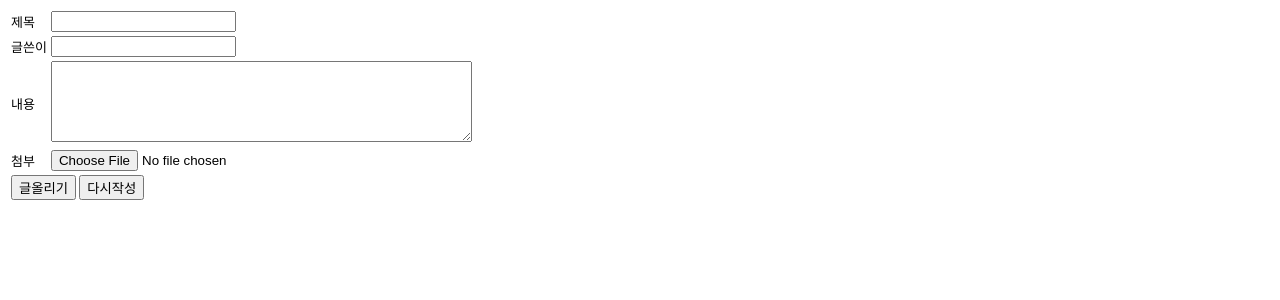
Repository: cartoon1110/KosaSwCourse
Page: http://localhost/JSPprogramming/exam_mvc/write_form.jsp
These files come from the project's save history. The page is drawn as it stood at one moment and after the next save; the edit follows.
The browser window is 1280 px wide. The pictures show the whole page.
The page is served by Tomcat 9.

Above is the page before, as saved 2015-08-26 05:23:58.

After the next save:
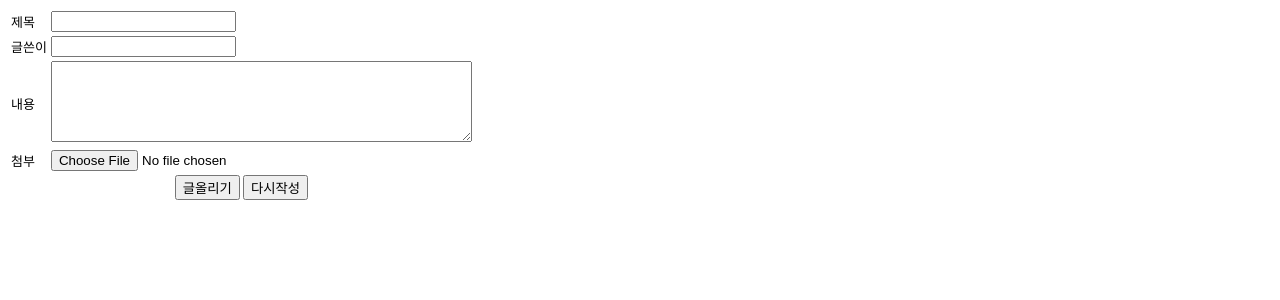
Saved 83 s later.
--- a/workspace-web/JSPprogramming/WebContent/exam_mvc/write_form.jsp
+++ b/workspace-web/JSPprogramming/WebContent/exam_mvc/write_form.jsp
@@ -35,7 +35,7 @@
 					<td><input type="file" name="attach"/></td>
 				</tr>
 				<tr>
-					<td colspan="2">
+					<td colspan="2" style="text-align:center;">
 						<input type="submit" value="글올리기"/>
 						<input type="reset" value="다시작성"/>
 					</td>
